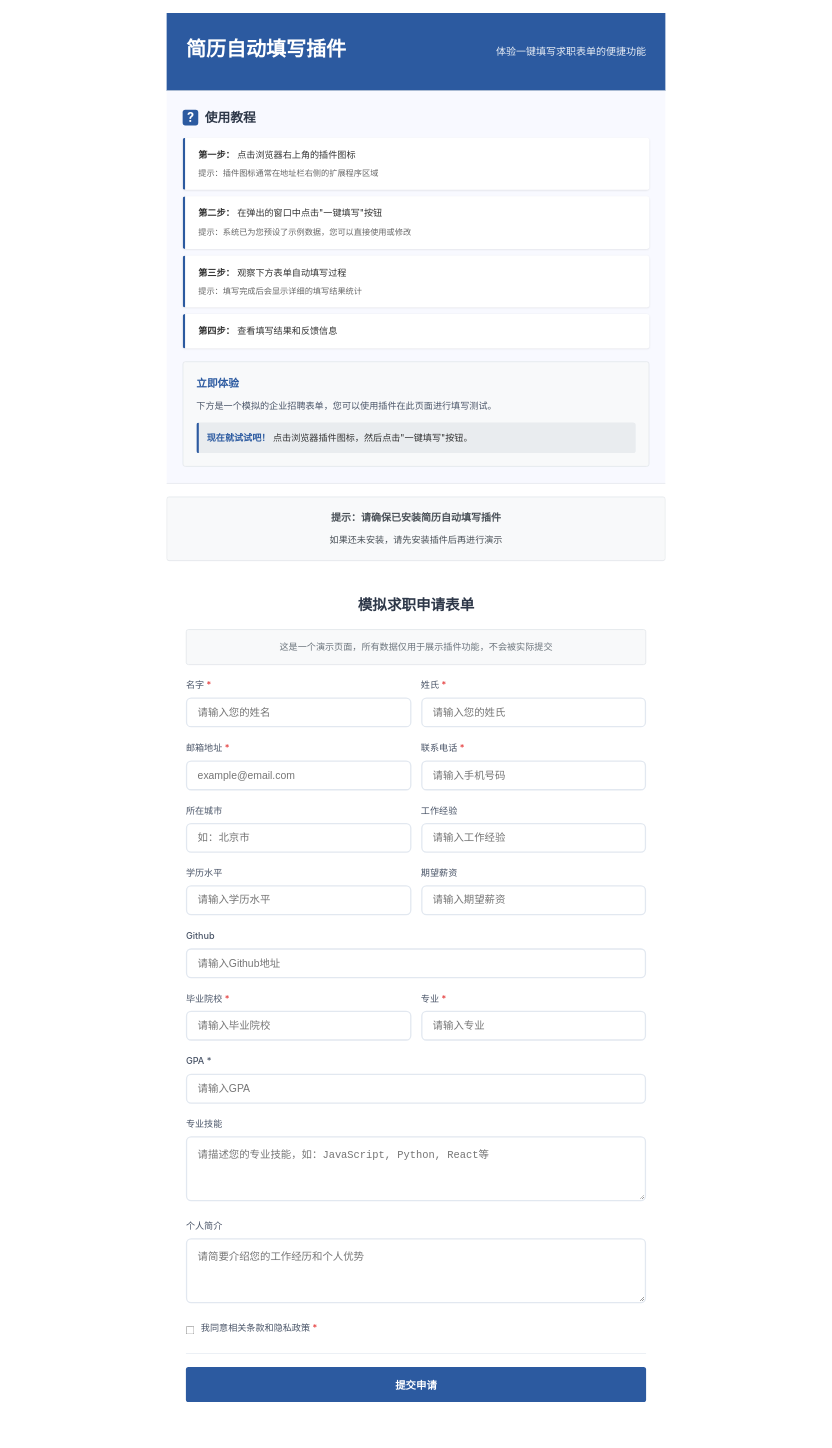
Repository: Zion74/jiancareer-chrome-main-zhn
Page: public/mock-form.html
The author's editor kept a copy of each file at every save. The page is drawn from the files as they stood at one save, then again after a run of saves.
The browser window is 1280 px wide. The pictures show the whole page, at 65% of full size.

Above is the page before, as saved 2025-09-09 23:13:03.

After the next 2 saves:
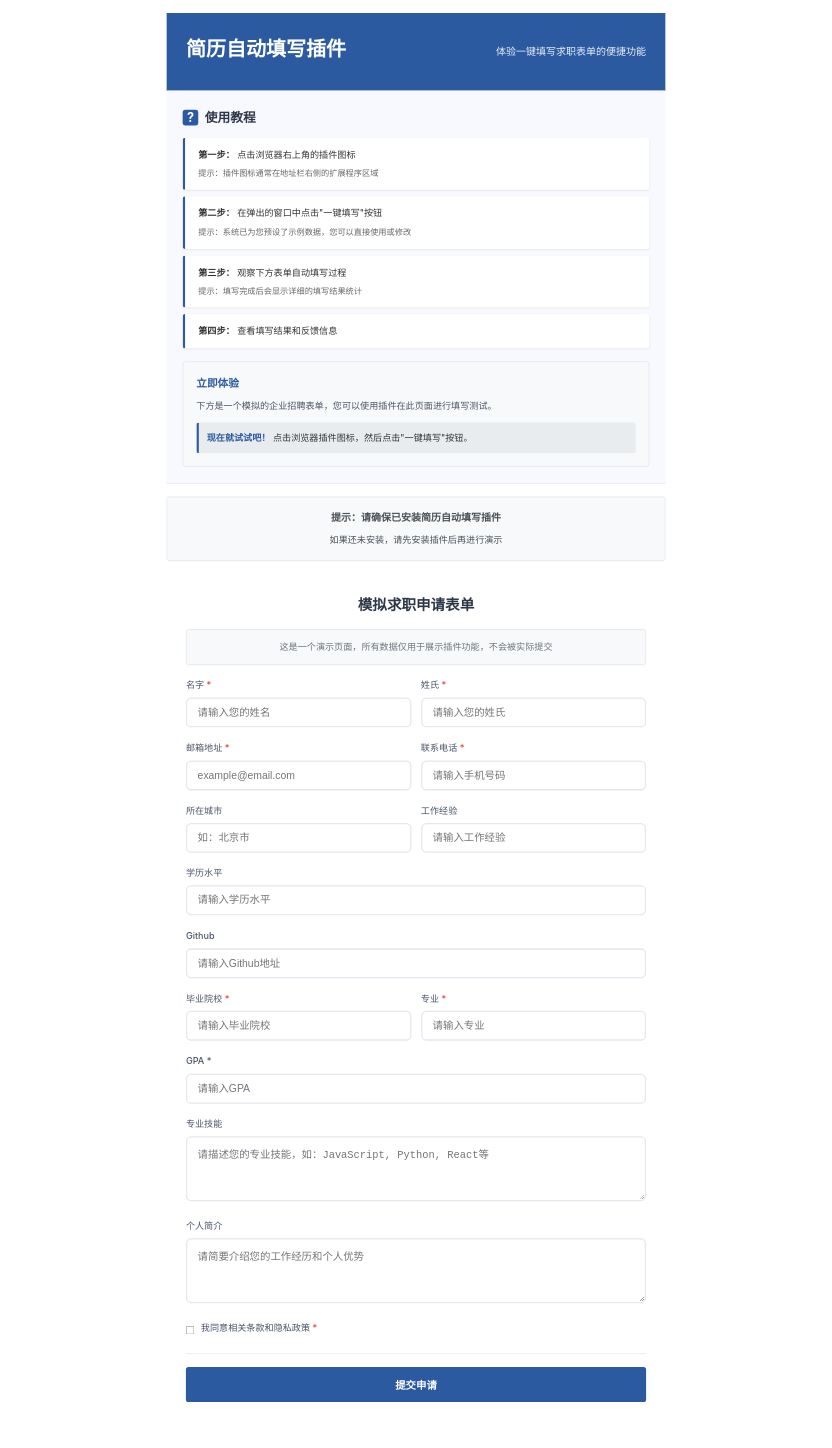
The 2 saves are shown as one change because they came seconds apart.
The last was saved 7 s later.
--- a/public/mock-form.html
+++ b/public/mock-form.html
@@ -334,10 +334,6 @@
                         <label for="education">学历水平</label>
                         <input type="text" id="education" name="education" placeholder="请输入学历水平" required>
                     </div>
-                    <div class="form-group">
-                        <label for="salary">期望薪资</label>
-                        <input type="text" id="salary" name="salary" placeholder="请输入期望薪资" required>
-                    </div>
                 </div>
 
                 <div class="form-row">
